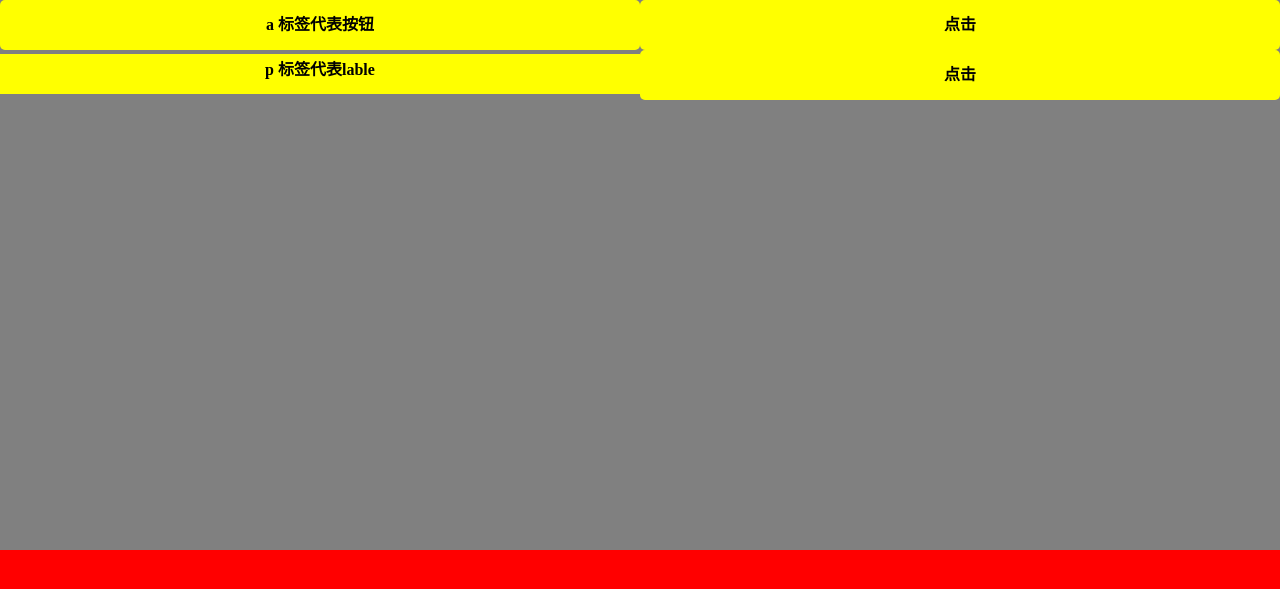
Repository: wangxinjun08231116/Html5Views
Page: WangXinJun/WebContent/htmls/ChangYongMark/ChangYongMark.html
An editor plug-in stored every save of this project. The page is shown before and after the next save, followed by the edit.
The browser window is 1280 px wide. The pictures show the whole page.

Above is the page before, as saved 2015-02-03 14:36:25.

### WangXinJun/WebContent/htmls/ChangYongMark/ChangYongMark.html
<!DOCTYPE html>
<html>
<head>
<meta http-equiv="Content-Type" content="text/html; charset=utf-8">
<title>test</title>
	<script type="text/javascript" src="/WangXinJun/js/ChangYongMark/ChangYongMark.js"></script>
 	<link href="/WangXinJun/css/ChangYongMark/ChangYongMark.css" rel="stylesheet" type="text/css"/>
</head>
<body>
<div class="divItem" >
<a id="aMark">a 标签代表按钮</a>
<a onclick="show_aMark(this); return false;">点击</a>
</div>

<div class="divItem" >
<p id="pMark">p 标签代表lable</p>
<a onclick="show_pMark(this); return false;">点击</a>
</div>
<div class="divItem" >

</div>

<div class="divItem" >


</div>

<div class="divItem" >


</div>

<div class="divItem" >


</div>

<div class="divItem" >


</div>

<div class="divItem" >


</div>

<div class="divItem" >


</div>

<div class="divItem" >


</div>

<div class="divItem" >


</div>
</body>
</html>

### WangXinJun/WebContent/js/ChangYongMark/ChangYongMark.js

// 作用 a 标签。
function show_aMark(whichpic) {
//  alert("I am an alert box!!");
//	getElementById
  var aMark = document.getElementById("aMark");
//  设置属性。
  aMark.style.cssText = "background-color:blue";
}

//作用 p 标签。
function show_pMark(whichpic) {
//  alert("I am an alert box!!");
//	getElementById
  var pMark = document.getElementById("pMark");
//  设置属性。
  pMark.style.cssText = "background-color:blue";
}

### WangXinJun/WebContent/css/ChangYongMark/ChangYongMark.css
* {margin:0;padding:0;}

html{
	height:100%;width:100%;
	background-color:green;

}
body {height:100%;width:100%;
	background-color:red;
}

.divItem{
		background-color:gray;
	    margin-top : 15px;
	    width:100%;
	    height:50px;
		margin:auto;
}

a{
	background-color:yellow;
	width:50%;
    height:100%;
    line-height:50px;
    font-weight: bold;
    font-size: 16px;
    text-align:center;
    /*设置宽高有用*/
    display: block;
    /*向左排布，不换行  */
    float:left;
    border-radius: 5px;

}

p{
	background-color:yellow;
	width:50%;
    height:80%;
    line-height:32px;
    font-weight: bold;
    font-size: 16px;
    text-align:center;
    /*设置宽高有用*/
    display: block;
    /*向左排布，不换行  */
    float:left;
	margin-top:4px;

}


img{
	background-color:yellow;
	width:50%;
    height:100%;
    line-height:50px;
    font-weight: bold;
    font-size: 16px;
    text-align:center;
    /*设置宽高有用*/
    display: block;
    /*向左排布，不换行  */
    float:left;
    border-radius: 5px;

}

After the next save:
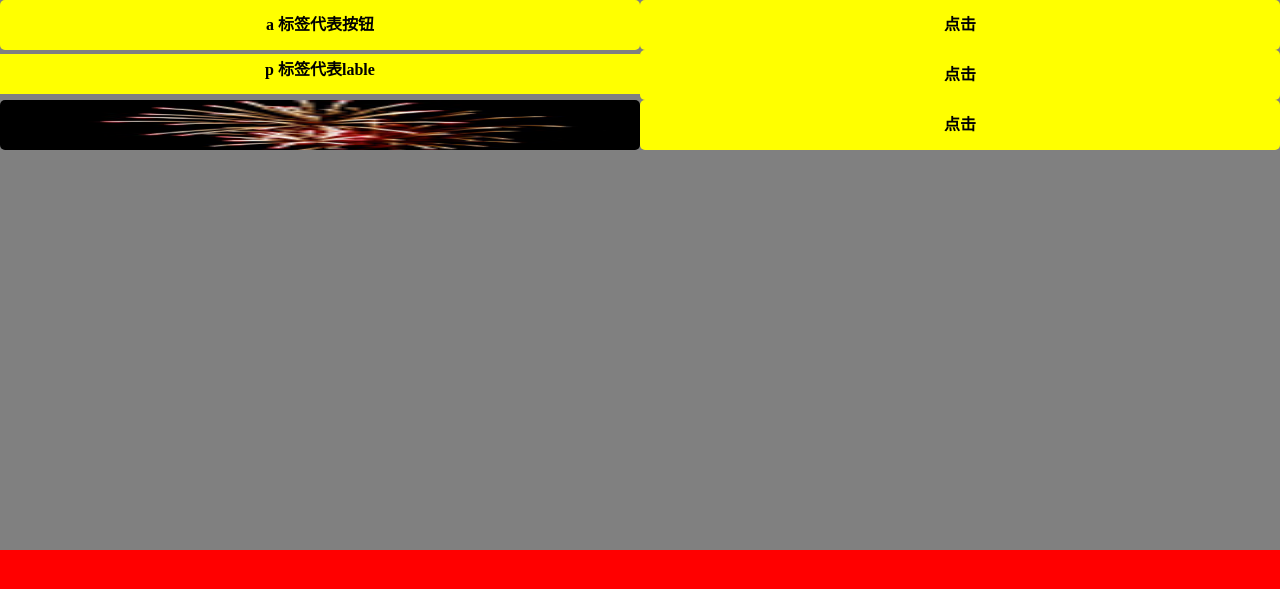
Saved 2 s later.
--- a/WangXinJun/WebContent/htmls/ChangYongMark/ChangYongMark.html
+++ b/WangXinJun/WebContent/htmls/ChangYongMark/ChangYongMark.html
@@ -16,8 +16,12 @@
 <p id="pMark">p 标签代表lable</p>
 <a onclick="show_pMark(this); return false;">点击</a>
 </div>
+
+
 <div class="divItem" >
-
+<img id="imgMark" src="/WangXinJun/images/js06/thumbnail_fireworks.jpg" alt="Fireworks" />
+<a onclick="show_imgMark(this); return false;">点击</a>
+</div>
 </div>
 
 <div class="divItem" >
